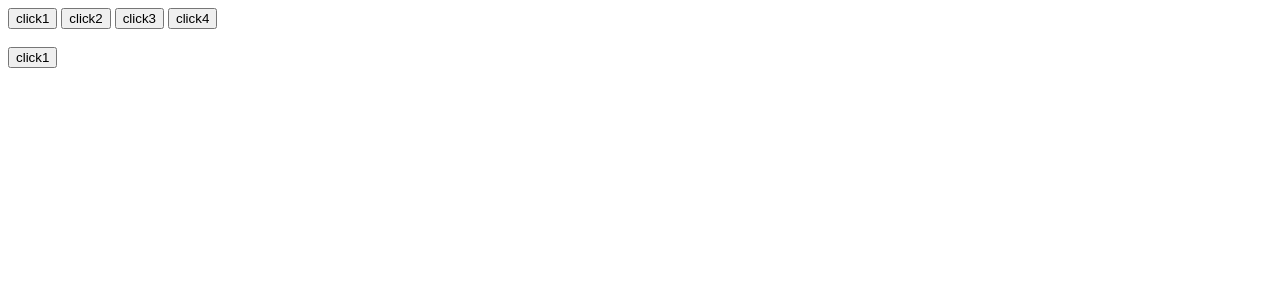
Repository: yhj4130/JsonStudy
Page: JsonApp01/WebContent/JsonTest08.html
These files come from the project's save history. The page is drawn as it stood at one moment and after the next save; the edit follows.
The browser window is 1280 px wide. The pictures show the whole page.

Above is the page before, as saved 2019-05-31 06:29:22.

After the next save:
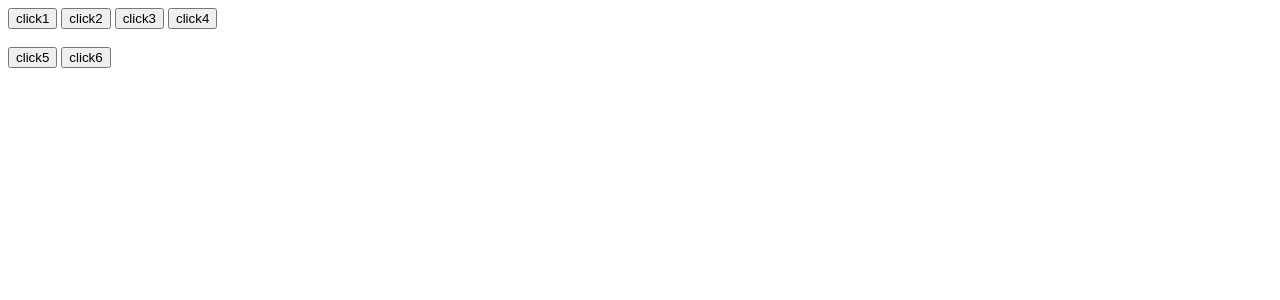
Saved 28 s later.
--- a/JsonApp01/WebContent/JsonTest08.html
+++ b/JsonApp01/WebContent/JsonTest08.html
@@ -19,6 +19,8 @@
 
 	<br><br>
 
-	<input type="button" value="click1" onclick="obj4.test=false; alert(obj5.test);">
+	<input type="button" value="click5" onclick="obj4.test=false; alert(obj5.test);">
+
+	<input type="button" value="click6" onclick="obj4.test=false; alert(typeof obj5.test);">
 
 </form>
